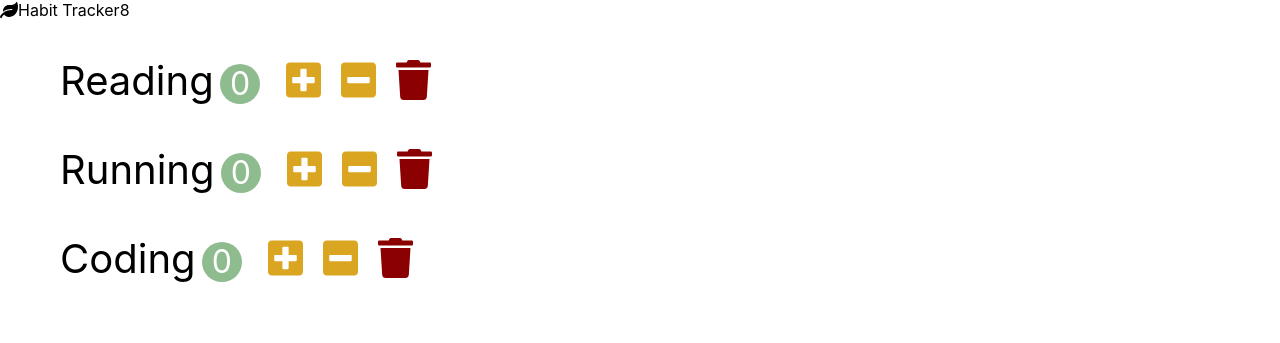
Repository: keehoonjung/react-habit-tracker
Page: / (app in react/habit-tracker/)
The author's editor kept a copy of each file at every save. The page is drawn from the files as they stood at one save, then again after the next save.
The browser window is 1280 px wide. The pictures show the whole page.
The project was rebuilt for these pictures with package versions that can differ from the ones it lists, and the page was loaded fresh each time.

Above is the page before, as saved 2021-08-30 18:23:53.

After the next save:
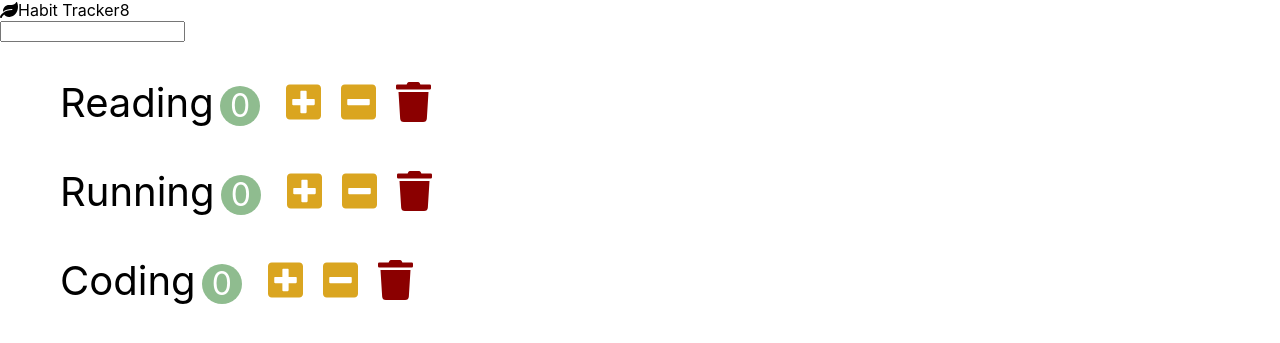
Saved 2 min 14 s later.
--- a/react/habit-tracker/src/app.jsx
+++ b/react/habit-tracker/src/app.jsx
@@ -14,6 +14,9 @@ class App extends Component {
           <span className="header-title">Habit Tracker</span>
           <span className="header-count">8</span>
         </nav>
+        <div className="habit-input">
+          <input type="text" className="input" />
+        </div>
         <Habits />
       </>
     );
